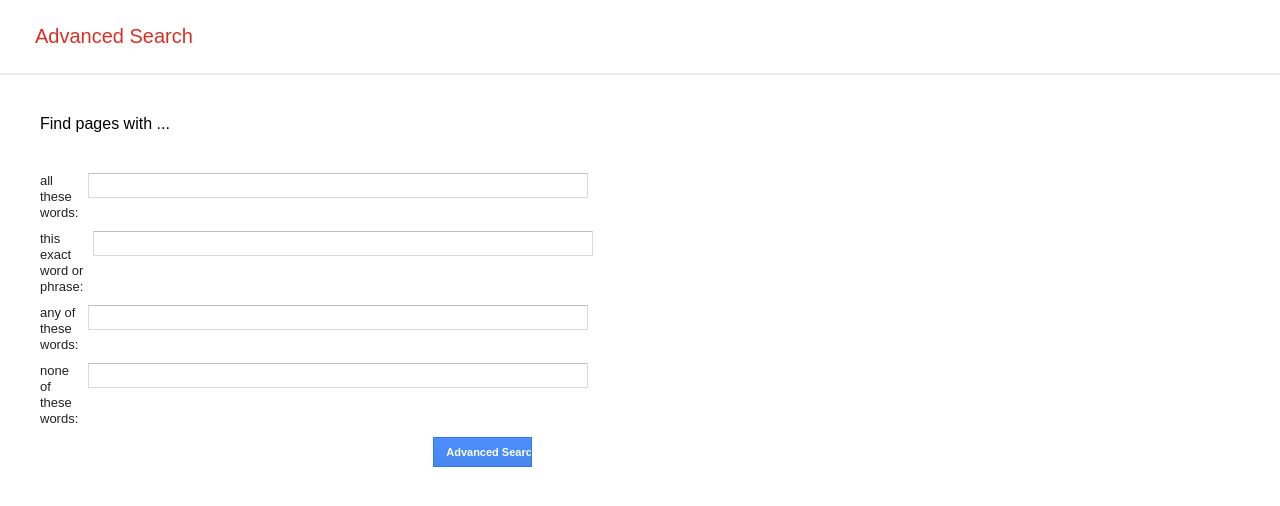
Repository: etentuk/search
Page: advanced_search.html
An editor plug-in stored every save of this project. The page is shown before and after the next save, followed by the edit.
The browser window is 1280 px wide. The pictures show the whole page.

Above is the page before, as saved 2021-11-05 16:42:23.

After the next save:
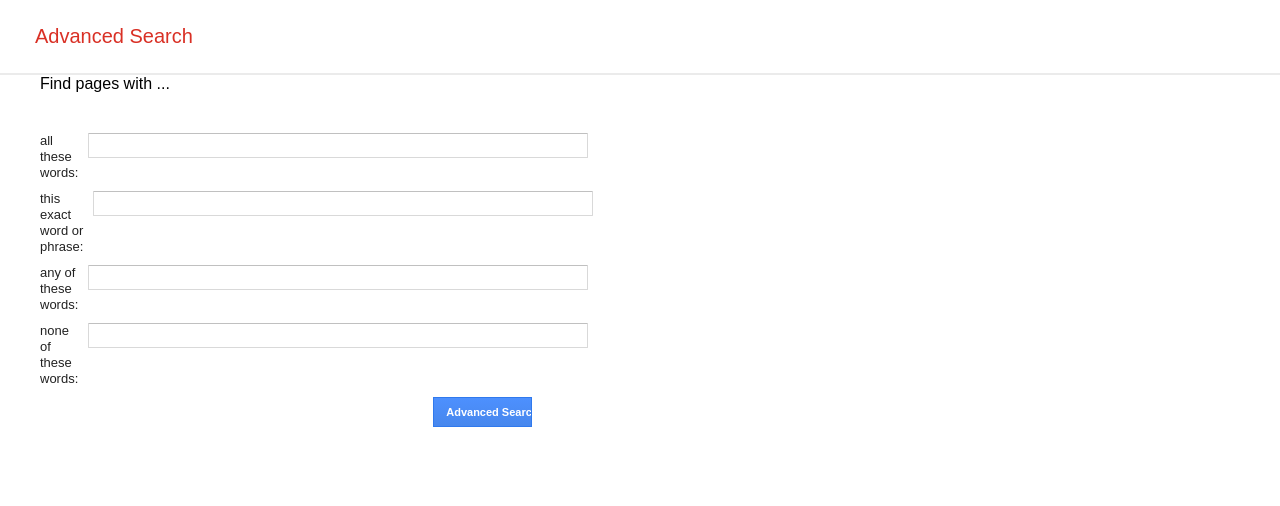
Saved 22 s later.
--- a/advanced_search.html
+++ b/advanced_search.html
@@ -35,7 +35,7 @@
         }
 
         #find-pages {
-            margin: 40px;
+            margin-left: 40px;
         }
     </style>
 </head>

After the save that followed:
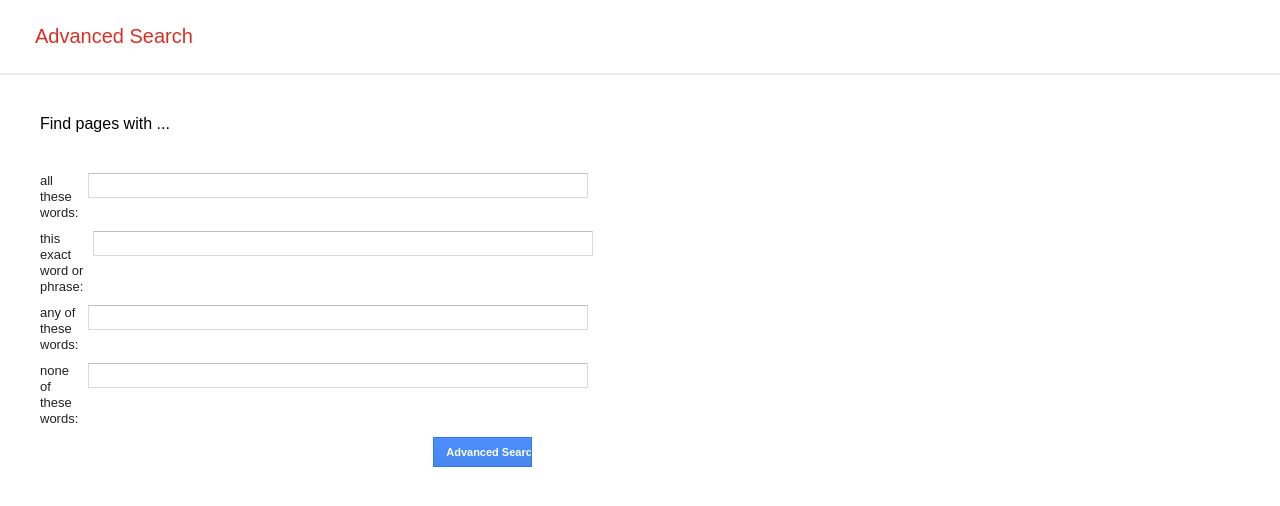
Saved 15 s later.
--- a/advanced_search.html
+++ b/advanced_search.html
@@ -35,7 +35,7 @@
         }
 
         #find-pages {
-            margin-left: 40px;
+            margin: 40px;
         }
     </style>
 </head>
